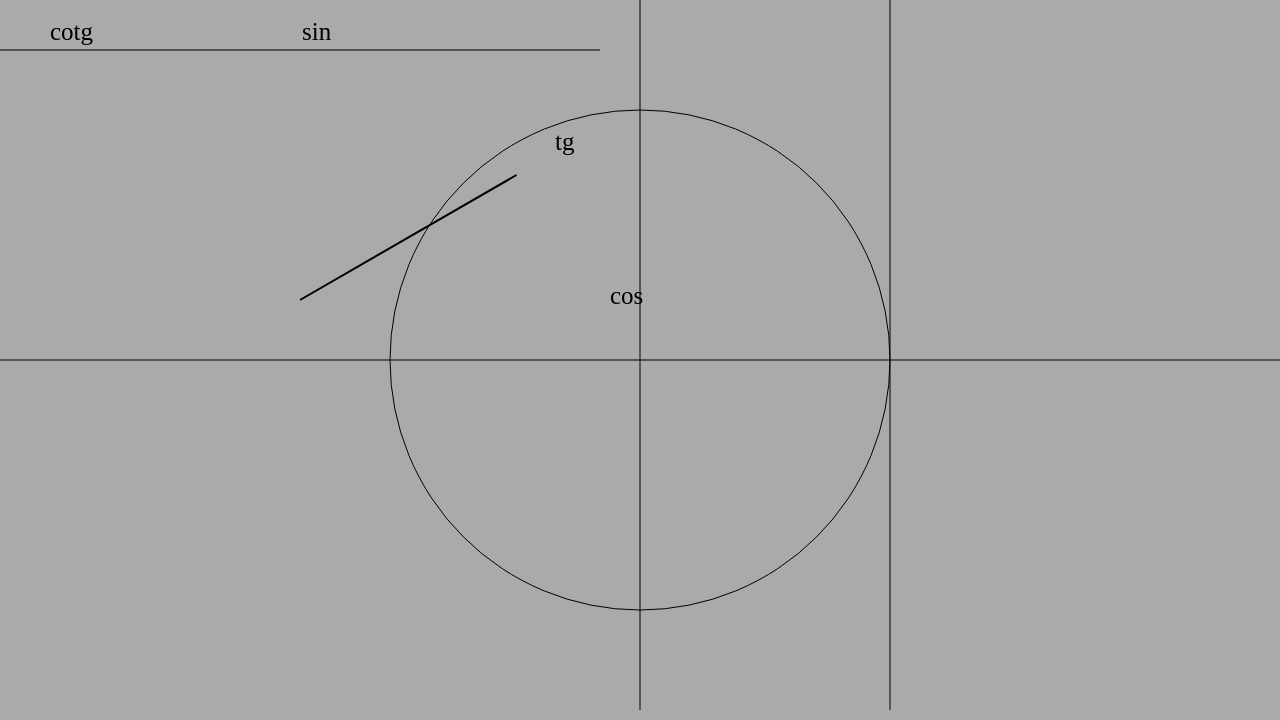
Repository: BraynStorm/braynstorm.github.io
Page: http://localhost/
These files come from the project's save history. The page is drawn as it stood at one moment and after the next save; the edit follows.
The browser window is 1280 px wide. The pictures show the whole page.
The page is run by PHP 8.4 with error messages shown; the project is at /var/www/html/.

Above is the page before, as saved 2015-02-24 15:42:08.

After the next save:
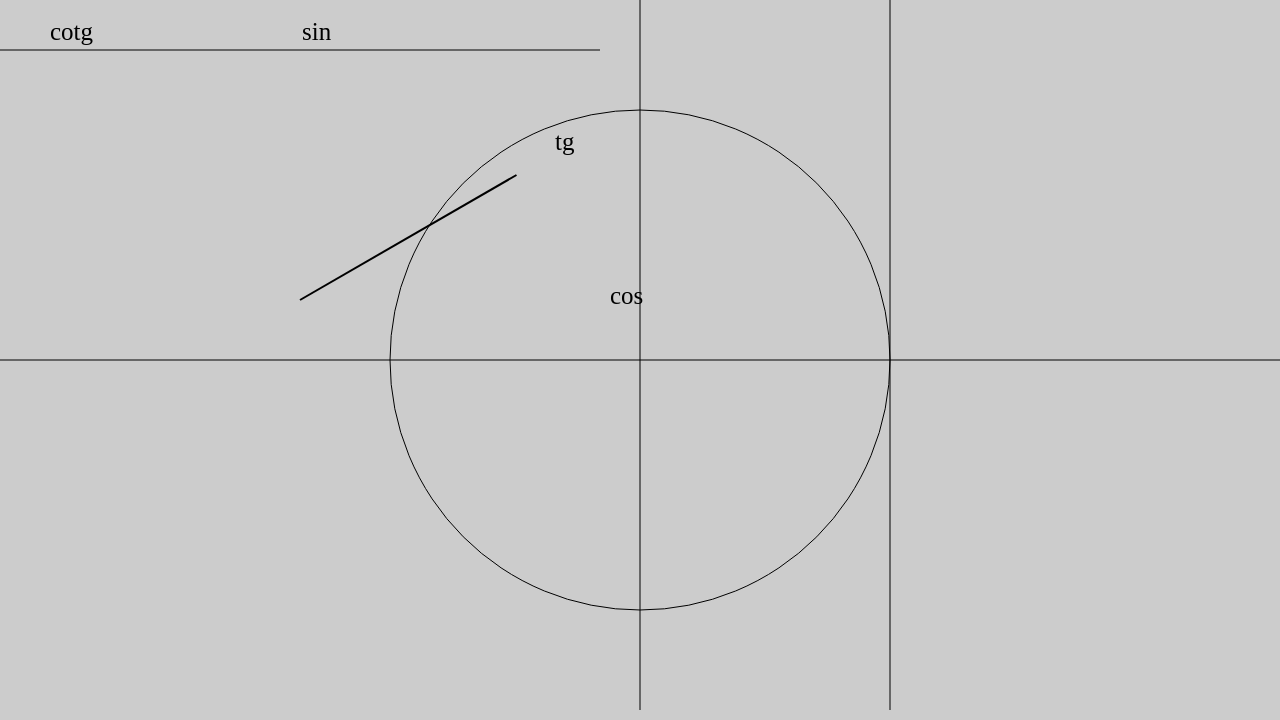
Saved 6 s later.
--- a/JSDrawing/main.css
+++ b/JSDrawing/main.css
@@ -1,7 +1,7 @@
 @CHARSET "UTF-8";
 
 body{
-	background-color: #AAA;
+	background-color: #CCC;
 	padding: 0;
 	margin: 0;
 }
